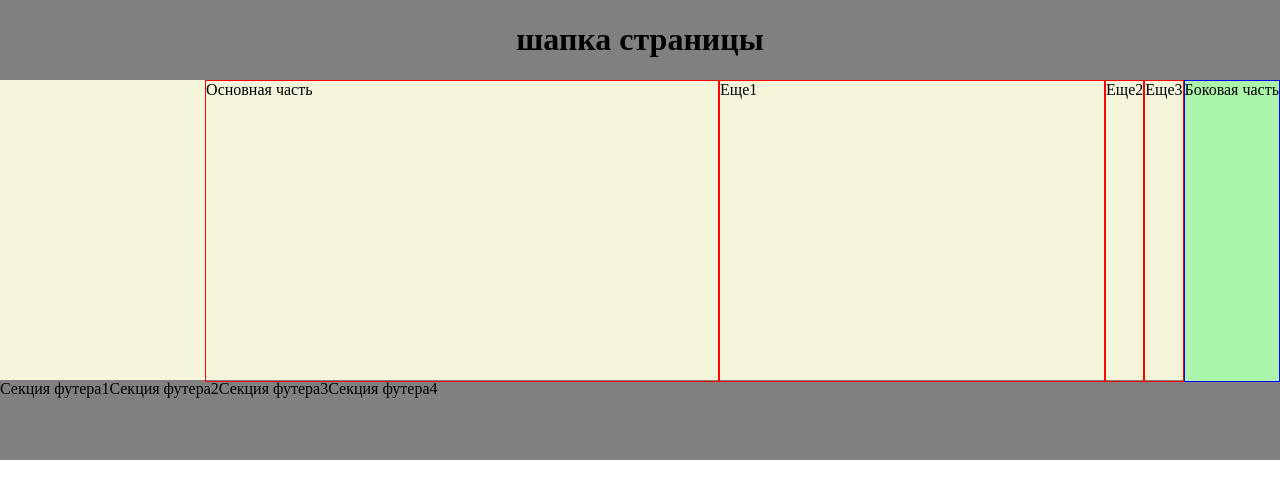
Repository: IrinaGetmanenko/week5
Page: week5/index.html
An editor plug-in stored every save of this project. The page is shown before and after the next save, followed by the edit.
The browser window is 1280 px wide. The pictures show the whole page.

Above is the page before, as saved 2022-08-28 13:30:03.

### week5/index.html
<!DOCTYPE html>
<html lang="en">
<head>
    <meta charset="UTF-8">
    <meta http-equiv="X-UA-Compatible" content="IE=edge">
    <meta name="viewport" content="width=device-width, initial-scale=1.0">
    <link rel="stylesheet" href="normalize.css">
    <title>Document</title>
    <style>
        .h1{
           display: flex;
           justify-content: center;
           height: 80px;
           background-color: gray;
        }

        .container1{
            display: flex;
            flex-wrap: wrap;
            height: 300px;
            background-color: beige;
            justify-content: flex-end;

        }
        .main{
            border: 1px solid red;
            width: 40%;
        }
        .main1{
           width: 30%;
           border: 1px solid red;

        }

        .main2{

            border: 1px solid red;



}
       .main3{

        border: 1px solid red;

}

.aside{
    border: 1px solid blue;
    height: 300px;
    background-color: rgb(170, 245, 170);
}
.footer{
display: flex;
height: 80px;
background-color: gray;
}


    </style>
</head>
<body>
    <header>
        <div class="h1">
            <h1>шапка страницы</h1>
    </header>

    <main>
        <div class="container1">
            <div class="main">Основная часть</div>

        <div class="main1">Еще1</div>

        <div class="main2">Еще2</div>


        <div class="main3">Еще3</div>

        <div class="aside">Боковая часть</div>


    </div>

    </main>

     <div class="footer">
        <div>Секция футера1</div>
        <div>Секция футера2</div>
        <div>Секция футера3</div>
        <div>Секция футера4</div>
    </div>


</body>
</html>

Loaded but not shown: week5/normalize.css (library)

After the next save:
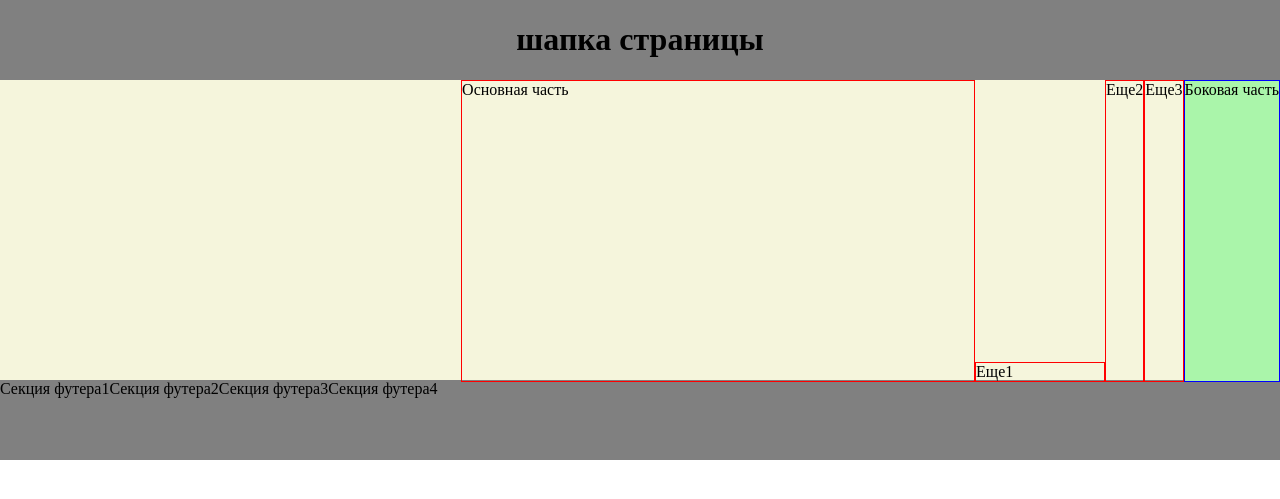
Saved 33 s later.
--- a/week5/index.html
+++ b/week5/index.html
@@ -27,8 +27,9 @@
             width: 40%;
         }
         .main1{
-           width: 30%;
+           width: 10%;
            border: 1px solid red;
+           align-self: flex-end;
 
         }
 
